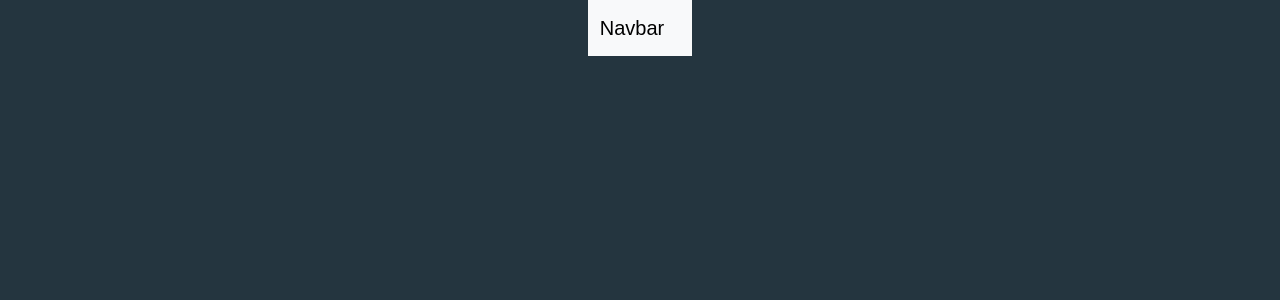
Repository: bodajava/TASK-4
Page: theerdIndex.html
These files come from the project's save history. The page is drawn as it stood at one moment and after the next save; the edit follows.
The browser window is 1280 px wide. The pictures show the whole page.

Above is the page before, as saved 2025-06-18 05:20:56.

### theerdIndex.html
<!DOCTYPE html>
<html lang="en">
  <head>
    <link rel="stylesheet" href="CSS/all.min.css" />
    <link rel="stylesheet" href="CSS/bootstrap.css" />
    <link rel="stylesheet" href="CSS/style.css" />
    <meta charset="UTF-8" />
    <meta name="viewport" content="width=device-width, initial-scale=1.0" />
    <title>Document</title>
  </head>
  <body>
    <nav class="navbar navbar-expand-lg bg-body-tertiary">
      <div class="container-fluid">
        <a class="navbar-brand" href="#">Navbar</a>

        </div>
      </div>
    </nav>
    <script src="js/bootstrap.bundle.min.js"></script>
    <script src="js/index.js"></script>
  </body>
</html>

### CSS/style.css
* {
  padding: 0;
  margin: 0;
  box-sizing: border-box;
}

body {
  background-color: #24353f;
  display: flex;
  justify-content: center;
  align-items: center;
  font-family: Arial, sans-serif;
}

#item {
  margin-top: 60px;
  margin-left: 390px;
  margin-right: 390px;
  padding-left: 15px;
  padding-right: 15px;
}

#item2 {
  box-shadow: 0 0 20px rgba(0, 0, 0, 0.2);
  margin-left: 138.75px;
  margin-right: 138.75px;
  padding-left: 60px;
  padding-right: 60px;
  padding-top: 60px;
  padding-bottom: 60px;
}

h1 {
  color: #189bb1;
}

.anchor {
  text-decoration: none;
}

.anchor:hover {
  text-decoration: underline;
}

.paragraph {
  font-size: 20px;
  line-height: 30px;
  font-weight: 400;
  color: white;
}

.paragraph a {
  font-size: 20px;
  line-height: 30px;
  font-weight: 400;
  color: white;
}

.form-control {
  background-color: #24353f;
  border: 1px solid white;
  color: #fff;
  border-radius: 5px;
}

.form-control::placeholder {
  color: #a0a0a0;
}

.form-control:focus {
  background-color: #24353f;
  color: #fff;
  border-color: #189bb1;
  outline: none;
  box-shadow: none;
}

.btnn {
  text-decoration: none;
  color: #189bb1;
}

.btnn:hover {
  color: white;
}

#box {
  box-shadow: 0 0 20px rgba(0, 0, 0, 0.2);
}

Loaded but not shown: CSS/all.min.css (library); CSS/bootstrap.css (library); js/bootstrap.bundle.min.js (library); js/index.js (no copy from this time; the picture is the same without it)

After the next save:
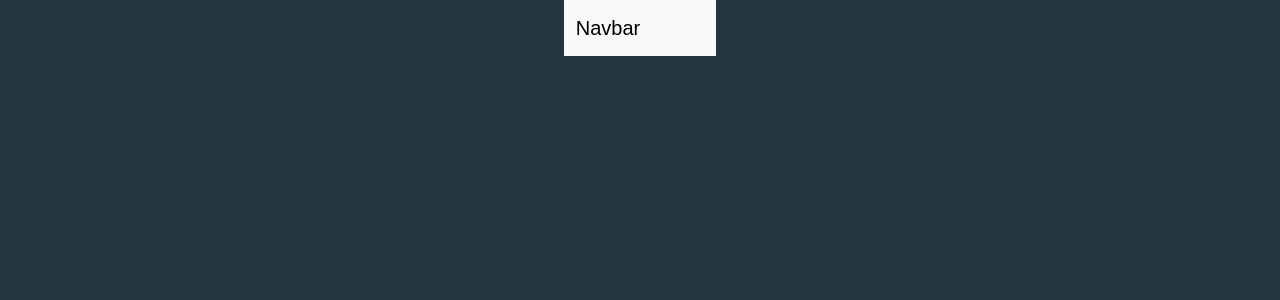
Saved 26 s later.
--- a/theerdIndex.html
+++ b/theerdIndex.html
@@ -11,7 +11,7 @@
   <body>
     <nav class="navbar navbar-expand-lg bg-body-tertiary">
       <div class="container-fluid">
-        <a class="navbar-brand" href="#">Navbar</a>
+        <a class="navbar-brand pe-5" href="#">Navbar</a>
 
         </div>
       </div>
